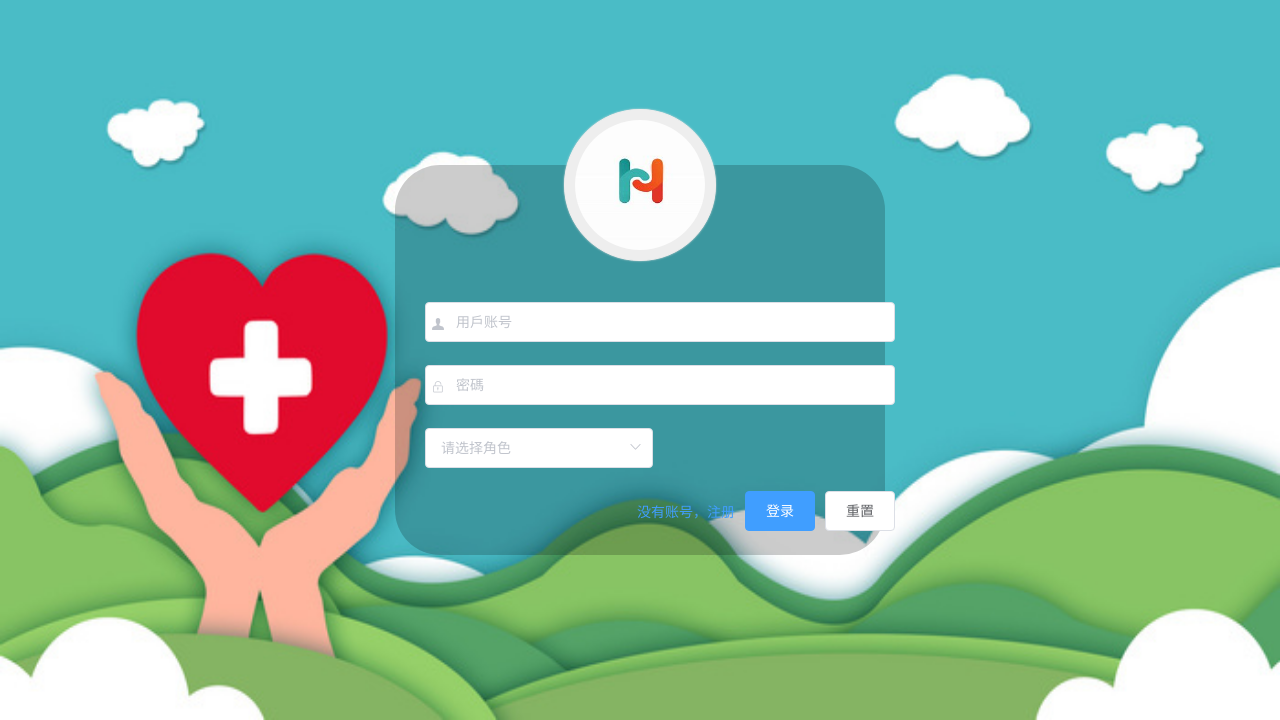
Repository: hyyBubbly/community-web-vue
Page: / (app in community/)
These files come from the project's save history. The page is drawn as it stood at one moment and after the next save; the edit follows.
The browser window is 1280 px wide. The pictures show the whole page.
The page's requests for data from a server got no answer. The project was rebuilt for these pictures with package versions that can differ from the ones it lists, and the page was loaded fresh each time. No one was signed in, and anything a server would have sent is missing. Also part of the build but not shown: community/vue.config.js, community/src/components/Home.vue, community/src/components/Welcome.vue, community/src/components/User/UserList.vue, community/src/components/admin/WorkerList.vue, community/src/components/community/CommunityList.vue, community/src/components/healthfiles/HealthyData.vue, community/src/components/healthfiles/Healthiness.vue and 14 more.

Above is the page before, as saved 2024-01-28 13:35:20.

After the next save:
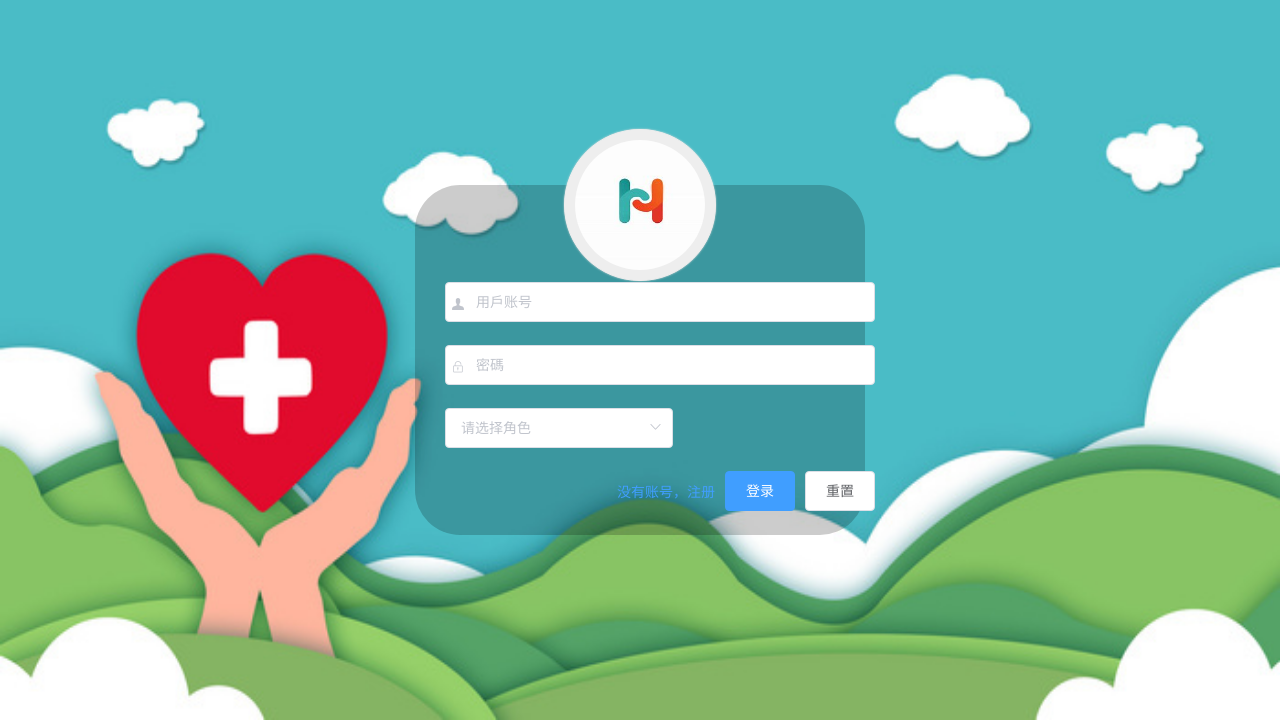
Saved 9 s later.
--- a/community/src/components/Login.vue
+++ b/community/src/components/Login.vue
@@ -241,6 +241,7 @@
   background-color:rgba(0, 0, 0, 0.2);
   border-radius: 45px;
   padding: 20px;
+  box-sizing: border-box;
   position: absolute;
   left: 50%;
   top: 50%;

After the save that followed:
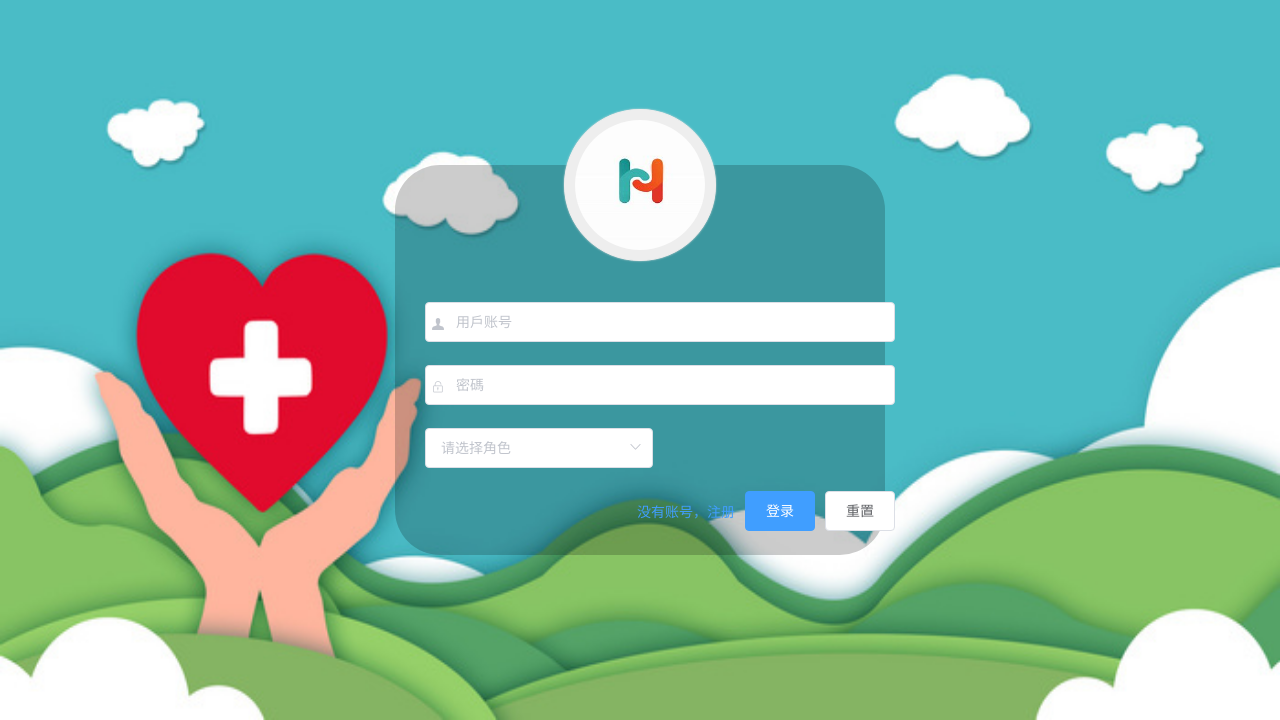
Saved 11 s later.
--- a/community/src/components/Login.vue
+++ b/community/src/components/Login.vue
@@ -241,7 +241,7 @@
   background-color:rgba(0, 0, 0, 0.2);
   border-radius: 45px;
   padding: 20px;
-  box-sizing: border-box;
+  box-sizing:content-box;
   position: absolute;
   left: 50%;
   top: 50%;
